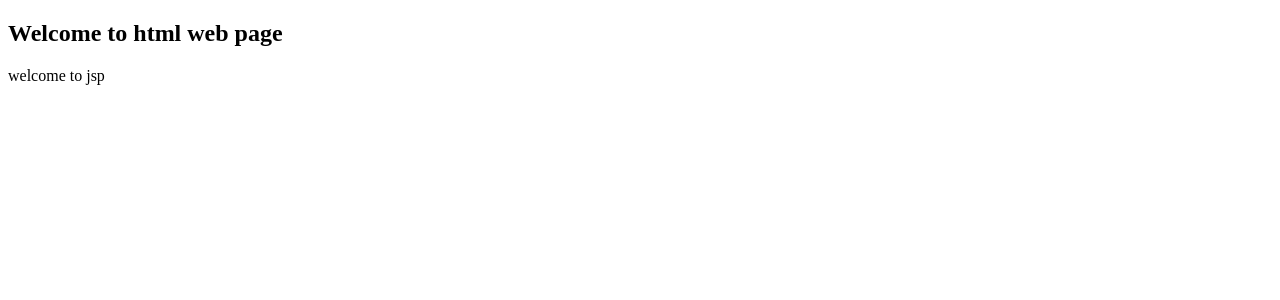
Repository: bavadharani23/phase2-projects
Page: http://localhost/JSPExamples/demo.jsp
These files come from the project's save history. The page is drawn as it stood at one moment and after the next save; the edit follows.
The browser window is 1280 px wide. The pictures show the whole page.
The page is served by Tomcat 9.

Above is the page before, as saved 2022-08-09 04:44:59.

### JSPExamples/src/main/webapp/demo.jsp
<%@ page language="java" contentType="text/html; charset=ISO-8859-1"
    pageEncoding="ISO-8859-1"%>
<!DOCTYPE html>
<html>
<head>
<meta charset="ISO-8859-1">
<title>Insert title here</title>
</head>
<body>
<h2>Welcome to html web page</h2>
<%
out.println("welcome to jsp");
%>
</body>
</html>

After the next save:
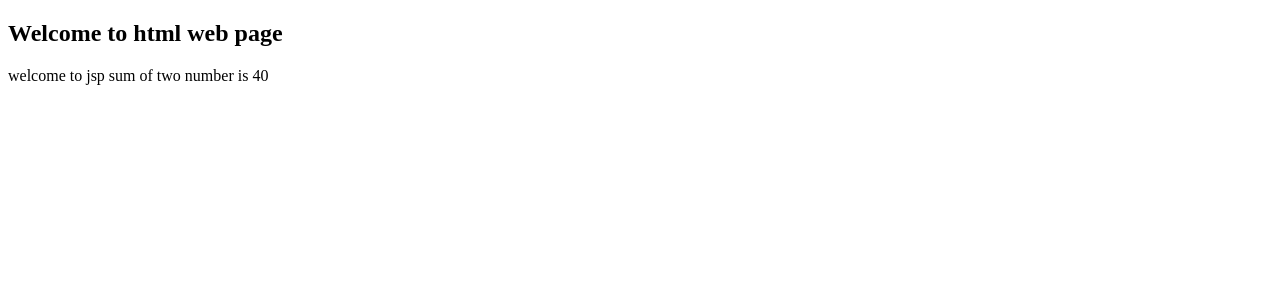
Saved 4 min 29 s later.
--- a/JSPExamples/src/main/webapp/demo.jsp
+++ b/JSPExamples/src/main/webapp/demo.jsp
@@ -9,7 +9,12 @@
 <body>
 <h2>Welcome to html web page</h2>
 <%
+int a=10;
+int b=30;
+int sum=a+b;
 out.println("welcome to jsp");
+out.println("sum of two number is "+sum);
+
 %>
 </body>
 </html>
